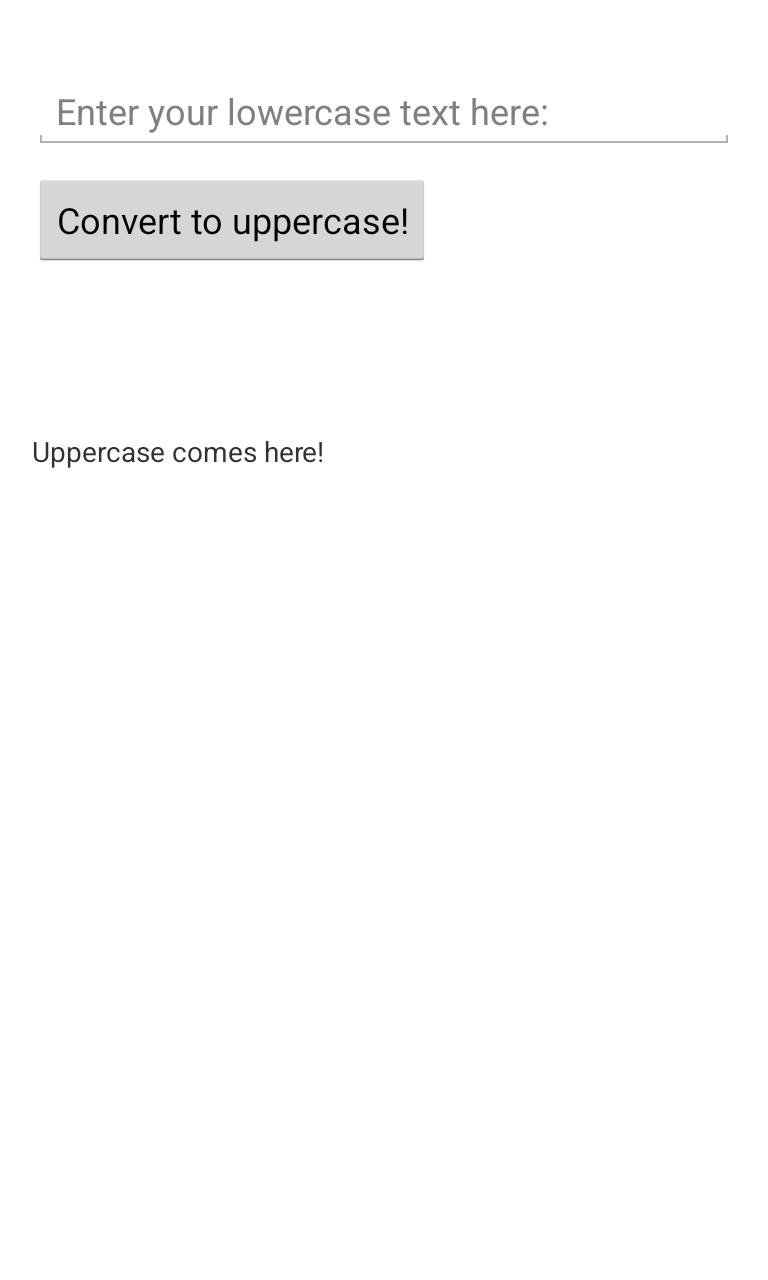
Repository: worxli/DS-Assigment3
Layout: VS-lukasbi-capitalize/res/layout/activity_main.xml
These files come from the project's save history. The layout is drawn as it stood at one moment and after the next save; the edit follows.
It is drawn on a 768 x 1280 px phone screen (xhdpi) without system bars, with theme AppTheme; the app's code is not run.

Above is the layout before, as saved 2013-10-31 11:04:50.

After the next save:
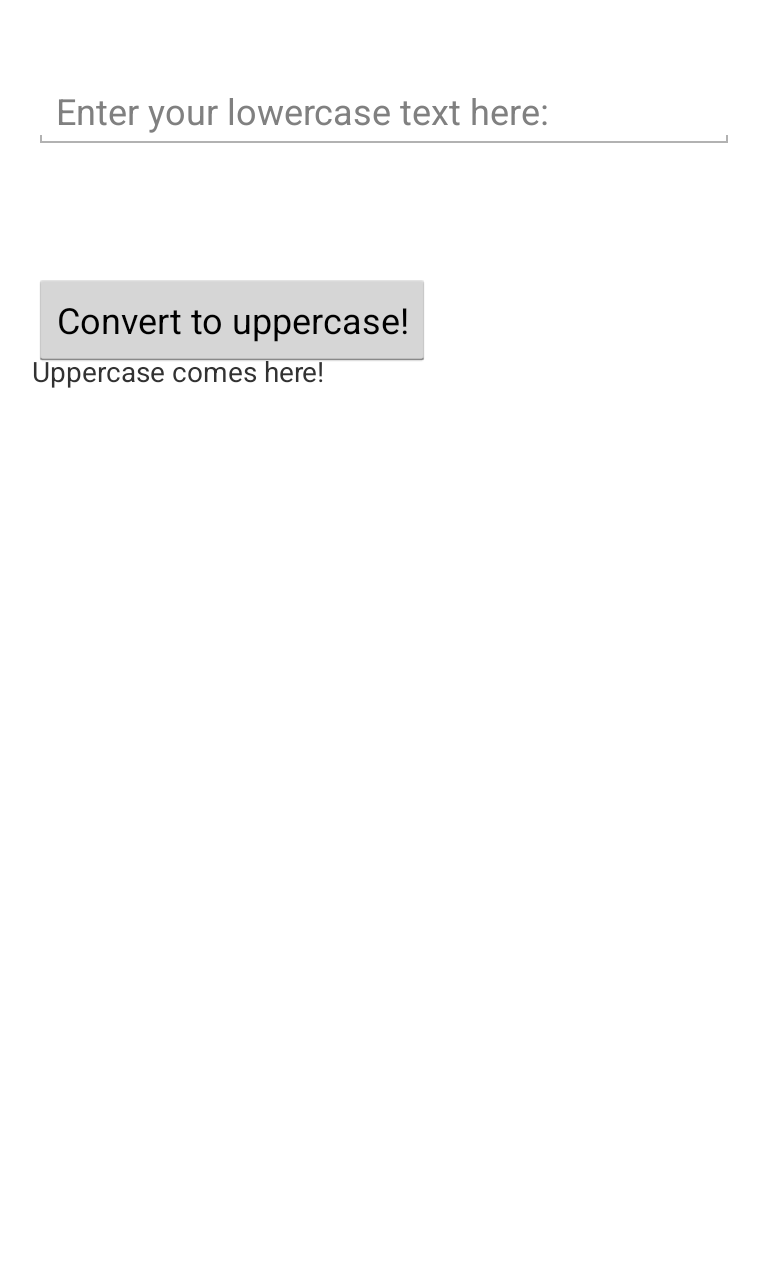
Saved 52 s later.
--- a/VS-lukasbi-capitalize/res/layout/activity_main.xml
+++ b/VS-lukasbi-capitalize/res/layout/activity_main.xml
@@ -13,7 +13,7 @@
         android:layout_width="wrap_content"
         android:layout_height="wrap_content"
         android:layout_alignParentTop="true"
-        android:layout_marginTop="200dp"
+        android:layout_marginTop="160dp"
         android:text="Uppercase comes here!" />
 
     <EditText
@@ -30,7 +30,7 @@
         android:id="@+id/convert"
         android:layout_width="wrap_content"
         android:layout_height="wrap_content"
-        android:layout_marginTop="70dp"
+        android:layout_marginTop="120dp"
         android:onClick="convert"
         android:text="Convert to uppercase!" />
 
